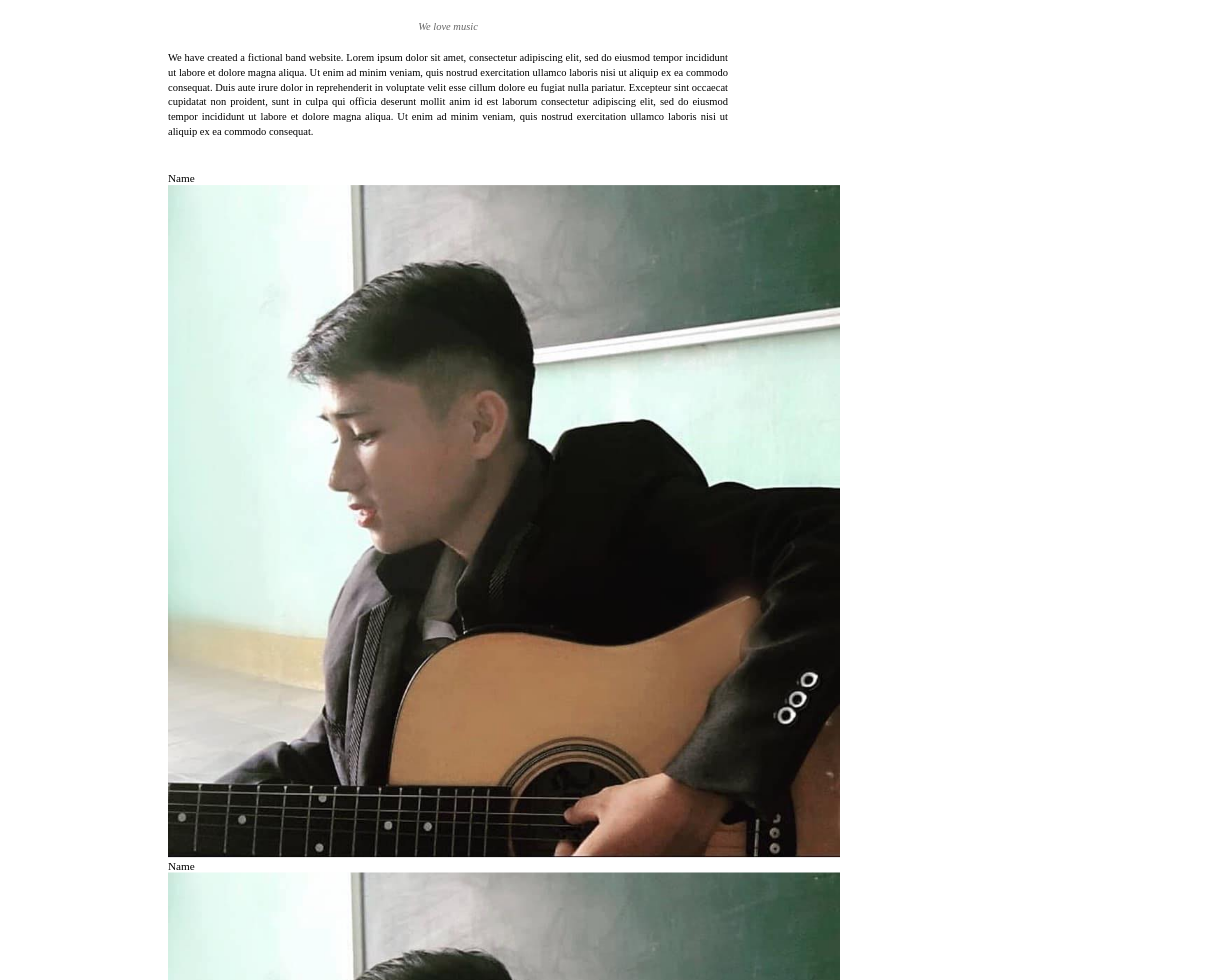
Repository: quochung2k3/Web-Team
Page: index.html
An editor plug-in stored every save of this project. The page is shown before and after the next save, followed by the edit.
The browser window is 1280 px wide. The page is 1280 px wide, then 1733 px, so the pictures cover 1733 px, including what lies to the right of the window. The pictures show the part of the page from y = 778 to 2178 px (the page is 3971 px tall before and 2007 px after), at 70% of full size.

Above is the page before, as saved 2023-08-05 09:28:16.

After the next save:
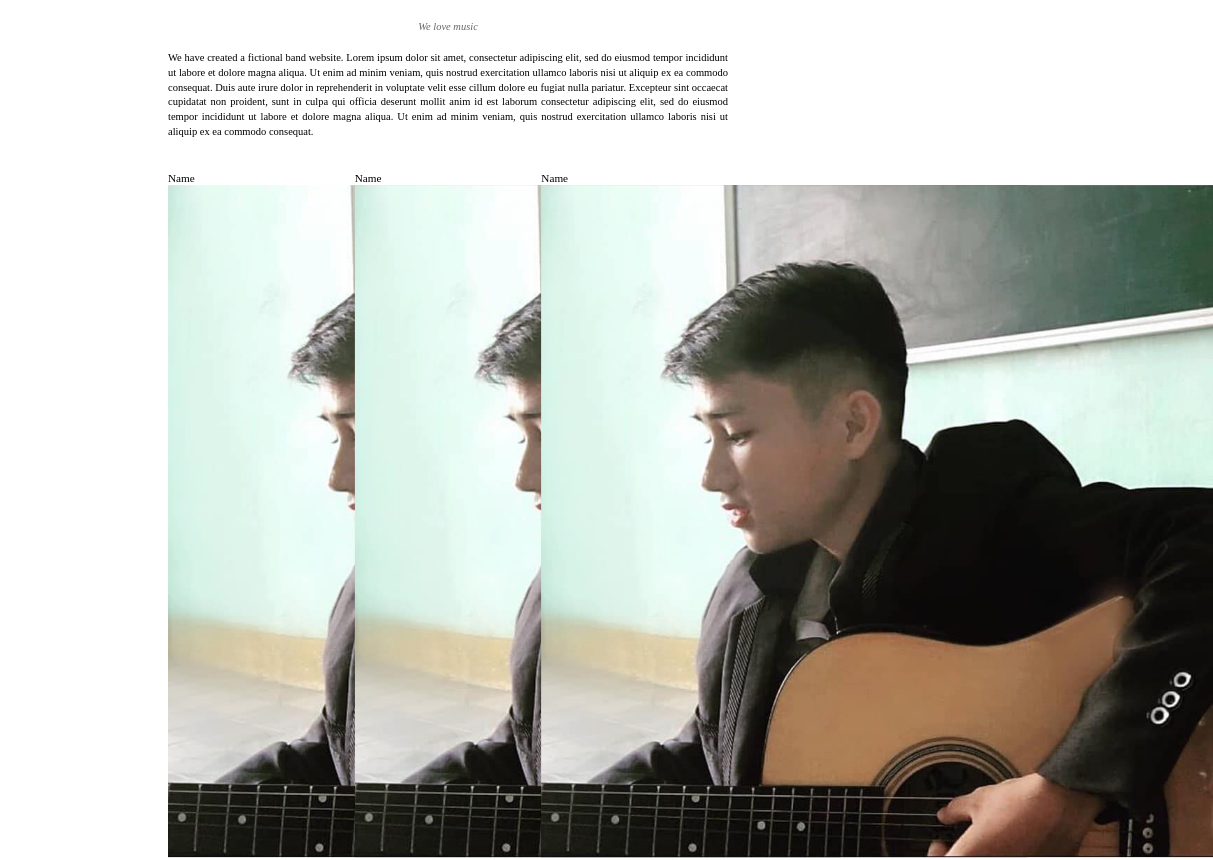
Saved 113 s later.
--- a/assets/css/style.css
+++ b/assets/css/style.css
@@ -162,6 +162,7 @@
 
 #content .member-items {
     float: left;
+    width: calc(100%/3);
 }
 
 #footer {
